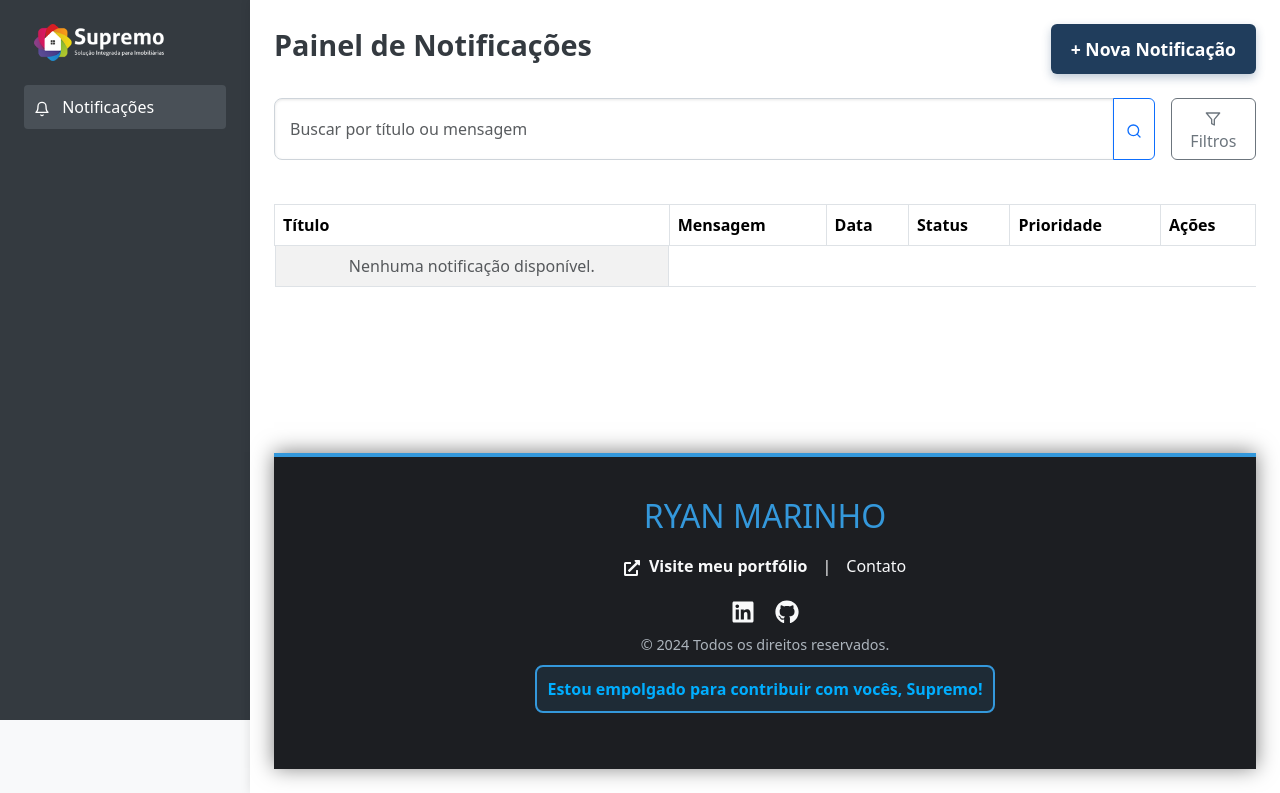
Repository: ryanmarinhodev/Supremo-teste-tecnico
Page: /notifications
These files come from the project's save history. The page is drawn as it stood at one moment and after a run of saves; the edit follows.
The browser window is 1280 px wide. The pictures show the whole page.
The project was rebuilt for these pictures with package versions that can differ from the ones it lists, and the page was loaded fresh each time. Also part of the build but not shown: src/App.css, src/Components/Login/index.jsx.

Above is the page before, as saved 2024-11-07 20:33:50.

### src/App.js
import { BrowserRouter, Routes, Route } from "react-router-dom";
import "./App.css";
import Login from "./Components/Login";
import NotificationsPage from "./Components/Notifications/homeNotification";

const App = () => {
  return (
    <BrowserRouter>
      <Routes>
        <Route path="/" element={<Login />} />
        <Route path="/notifications" element={<NotificationsPage />} />
      </Routes>
    </BrowserRouter>
  );
};

export default App;

### src/Components/Notifications/homeNotification.jsx
import React, { useState } from "react";
import Menu from "./menu";
import Buscar from "./buscar";
import TabelaNotificacoes from "./tabelaNotificacoes";
import ModalNotificacao from "./modalNotificacao";
import Footer from "./footer";
import "./notification.css";
import { Button } from "react-bootstrap";

const HomeNotification = () => {
  const [notifications, setNotifications] = useState([]);
  const [showModal, setShowModal] = useState(false);
  const [search, setSearch] = useState("");
  const [currentNotification, setCurrentNotification] = useState({
    id: null,
    title: "",
    message: "",
    date: "",
    status: "Não Lida",
    priority: "Normal",
  });

  const getCurrentDate = () => {
    const today = new Date();
    return today.toISOString().split("T")[0];
  };

  const openModal = (
    notification = {
      title: "",
      message: "",
      date: getCurrentDate(),
      status: "Não Lida",
      priority: "Normal",
    }
  ) => {
    setCurrentNotification(notification);
    setShowModal(true);
  };

  const closeModal = () => {
    setShowModal(false);
    setCurrentNotification({
      id: null,
      title: "",
      message: "",
      date: getCurrentDate(),
      status: "Não Lida",
      priority: "Normal",
    });
  };

  const handleChange = (e) => {
    const { name, value } = e.target;
    setCurrentNotification((prev) => ({ ...prev, [name]: value }));
  };

  const handleSubmit = () => {
    if (currentNotification.id) {
      setNotifications((prev) =>
        prev.map((notif) =>
          notif.id === currentNotification.id ? currentNotification : notif
        )
      );
    } else {
      setNotifications((prev) => [
        ...prev,
        { ...currentNotification, id: Date.now() },
      ]);
    }
    closeModal();
  };

  const handleDelete = (id) => {
    setNotifications((prev) => prev.filter((notif) => notif.id !== id));
  };

  const markAsRead = (id) => {
    setNotifications((prev) =>
      prev.map((notif) =>
        notif.id === id ? { ...notif, status: "Lida" } : notif
      )
    );
  };

  const filteredNotifications = notifications.filter(
    (notif) =>
      notif.title.toLowerCase().includes(search.toLowerCase()) ||
      notif.message.toLowerCase().includes(search.toLowerCase())
  );
  return (
    <>
      <div className="dashboard-container d-flex">
        <Menu />
        <div className="content flex-grow-1 p-4">
          <header className="d-flex justify-content-between align-items-center mb-4">
            <h2 className="page-title">Painel de Notificações</h2>
            <Button variant="primary" onClick={() => openModal()}>
              + Nova Notificação
            </Button>
          </header>

          <Buscar search={search} setSearch={setSearch} />

          <TabelaNotificacoes
            notifications={filteredNotifications}
            openModal={openModal}
            handleDelete={handleDelete}
            markAsRead={markAsRead}
          />

          <ModalNotificacao
            showModal={showModal}
            closeModal={closeModal}
            currentNotification={currentNotification}
            handleChange={handleChange}
            handleSubmit={handleSubmit}
          />
          <Footer />
        </div>
      </div>
    </>
  );
};

export default HomeNotification;

### src/Components/Login/styles.css
:root {
    --primary-color: #203d5c;
    --secondary-color: #adb5bd;
    --hover-color: #182533;
    --background-overlay: rgba(0, 0, 0, 0.4);
    --box-shadow: 0 4px 10px rgba(47, 84, 122, 0.3);
}

.login-container {
    background: url('https://wallpapers.com/images/hd/4k-architecture-yellow-glass-building-6d7nbmyltxlyxxv8.jpg') no-repeat center center;
    background-size: cover;
    min-height: 100vh;
    padding: 20px;
    display: flex;
    align-items: center;
    justify-content: center;
    position: relative;
}

.login-container::before {
    content: '';
    position: absolute;
    top: 0;
    left: 0;
    right: 0;
    bottom: 0;
    background: var(--background-overlay);
    z-index: 1;
}

.login-card {
    width: 100%;
    max-width: 600px;
    background-color: #ffff;
    border-radius: 12px;
    box-shadow: var(--box-shadow);
    border: 1px solid rgba(0, 0, 0, 0.05);
    transition: transform 0.3s ease, box-shadow 0.3s ease;
    position: relative;
    z-index: 2;
    padding: 40px;
    animation: fadeIn 0.6s ease;
    align-items: center;
    text-align: center;
}

.login-card:hover {
    transform: translateY(-5px);
    box-shadow: 0 15px 40px rgba(0, 0, 0, 0.3);
}


.logo {
    width: 100px;
    height: auto;
    margin-bottom: 20px;
}

.text-center {
    display: flex;
    flex-direction: column;
    align-items: center;
}

.login-title {
    font-size: 2rem;
    font-weight: 700;
    color: #000;
    margin-top: 10px;
    margin-bottom: 10px;
    font-family: 'Poppins', sans-serif;
}

.title-underline {
    width: 60px;
    height: 4px;
    background-color: #495f75;
    margin: 0 auto 20px auto;
    border-radius: 2px;
}

.subtitle {
    font-size: 1rem;
    color: #e0e0e0;
    text-align: center;
    margin-bottom: 30px;
    font-weight: 400;
}


.form-control {
    border-radius: 8px;
    padding: 15px;
    font-size: 1rem;
    border: 1px solid #ced4da;
    box-shadow: inset 0 1px 3px rgba(0, 0, 0, 0.1);
    transition: border-color 0.3s ease, box-shadow 0.3s ease;
}

.form-control:focus {
    border-color: var(--primary-color);
    box-shadow: 0 0 0 0.2rem rgba(89, 124, 161, 0.25);
}

/* Botão de login com estilo profissional */
.btn-primary {
    background-color: var(--primary-color);
    border: none;
    font-size: 1.1rem;
    font-weight: 600;
    padding: 12px 20px;
    border-radius: 6px;
    transition: background-color 0.3s ease, transform 0.2s ease;
    box-shadow: var(--box-shadow);
}

.btn-primary:hover {
    background-color: var(--hover-color);
    transform: scale(1.03);
}

/* Link "Esqueci a senha" com estilo sutil */
.text-secondary {
    color: var(--secondary-color) !important;
    font-size: 0.9rem;
}

.text-secondary:hover {
    color: #000 !important;
    text-decoration: underline;
}

/* Altera a cor de fundo e da borda do checkbox quando marcado */
.form-check-input:checked {
    background-color: var(--hover-color);
    border-color: var(--secondary-color);
}

.form-check-input:focus {
    box-shadow: none;
}

/* Efeito de transição suave ao aparecer o card */
@keyframes fadeIn {
    from {
        opacity: 0;
        transform: scale(0.9);
    }
    to {
        opacity: 1;
        transform: scale(1);
    }
}

@media (max-width: 768px) {
    .login-card {
        max-width: 90%;
        padding: 20px;
        border-radius: 8px;
    }

    .login-title {
        font-size: 1.5rem;
    }

    .subtitle {
        font-size: 0.9rem;
    }

    .logo {
        width: 80px;
    }

    .form-control {
        padding: 10px;
        font-size: 0.9rem;
    }

    .btn-primary {
        font-size: 1rem;
        padding: 10px;
    }

    .title-underline {
        width: 50px;
        height: 3px;
    }
}

### src/Components/Notifications/menu.jsx
import React from "react";
import { FiBell } from "react-icons/fi";
import Logo from "../../assets/logo-supremo-branco.png";

const Sidebar = () => (
  <aside className="sidebar p-4">
    <img src={Logo} alt="Logotipo Supremo" className="logo" />
    <ul className="nav flex-column mt-4">
      <li className="nav-item mb-2">
        <a href="/notifications" className="nav-link active">
          <FiBell className="me-2" /> Notificações
        </a>
      </li>
    </ul>
  </aside>
);

export default Sidebar;

### src/Components/Notifications/buscar.jsx
import React from "react";
import { InputGroup, FormControl, Button } from "react-bootstrap";
import { FiSearch, FiFilter } from "react-icons/fi";

const BarraBusca = ({ search, setSearch }) => (
  <div className="d-flex mb-4">
    <InputGroup className="me-2">
      <FormControl
        placeholder="Buscar por título ou mensagem"
        value={search}
        onChange={(e) => setSearch(e.target.value)}
      />
      <Button variant="outline-primary">
        <FiSearch />
      </Button>
    </InputGroup>
    <Button variant="outline-secondary" className="ms-2">
      <FiFilter /> Filtros
    </Button>
  </div>
);

export default BarraBusca;

### src/Components/Notifications/tabelaNotificacoes.jsx
import React from "react";
import { Table, Button, Badge } from "react-bootstrap";
import { FiEdit, FiTrash2, FiCheckCircle } from "react-icons/fi";

const TabelaNotificacoes = ({
  notifications,
  openModal,
  handleDelete,
  markAsRead,
}) => (
  <Table striped bordered hover responsive>
    <thead>
      <tr>
        <th>Título</th>
        <th>Mensagem</th>
        <th>Data</th>
        <th>Status</th>
        <th>Prioridade</th>
        <th>Ações</th>
      </tr>
    </thead>
    <tbody>
      {notifications.length > 0 ? (
        notifications.map((notification) => (
          <tr key={notification.id}>
            <td>{notification.title}</td>
            <td>{notification.message}</td>
            <td>{notification.date}</td>
            <td>
              <Badge
                bg={notification.status === "Não Lida" ? "warning" : "success"}
              >
                {notification.status}
              </Badge>
            </td>
            <td>
              <Badge bg={notification.priority === "Alta" ? "danger" : "info"}>
                {notification.priority}
              </Badge>
            </td>
            <td>
              <Button
                variant="outline-secondary"
                size="sm"
                className="me-2"
                onClick={() => openModal(notification)}
              >
                <FiEdit /> Editar
              </Button>
              <Button
                variant="outline-danger"
                size="sm"
                onClick={() => handleDelete(notification.id)}
              >
                <FiTrash2 /> Excluir
              </Button>
              {notification.status === "Não Lida" && (
                <Button
                  variant="outline-success"
                  size="sm"
                  className="ms-2"
                  onClick={() => markAsRead(notification.id)}
                >
                  <FiCheckCircle /> Marcar como Lida
                </Button>
              )}
            </td>
          </tr>
        ))
      ) : (
        <tr>
          <td colSpan="6" className="text-center text-muted">
            Nenhuma notificação disponível.
          </td>
        </tr>
      )}
    </tbody>
  </Table>
);

export default TabelaNotificacoes;

### src/Components/Notifications/modalNotificacao.jsx
import React from "react";
import { Modal, Button, Form } from "react-bootstrap";

const ModalNotificacao = ({
  showModal,
  closeModal,
  currentNotification,
  handleChange,
  handleSubmit,
}) => {
  return (
    <Modal show={showModal} onHide={closeModal}>
      <Modal.Header closeButton>
        <Modal.Title>
          {currentNotification.id
            ? "Editar Notificação"
            : "Cadastrar Notificação"}
        </Modal.Title>
      </Modal.Header>
      <Modal.Body>
        <Form>
          <Form.Group className="mb-3">
            <Form.Label>Título</Form.Label>
            <Form.Control
              type="text"
              placeholder="Título da Notificação"
              name="title"
              value={currentNotification.title}
              onChange={handleChange}
            />
          </Form.Group>
          <Form.Group className="mb-3">
            <Form.Label>Mensagem</Form.Label>
            <Form.Control
              as="textarea"
              rows={3}
              placeholder="Mensagem da Notificação"
              name="message"
              value={currentNotification.message}
              onChange={handleChange}
            />
          </Form.Group>
          <Form.Group className="mb-3">
            <Form.Label>Data de Envio</Form.Label>
            <Form.Control
              type="date"
              name="date"
              value={currentNotification.date}
              onChange={handleChange}
            />
          </Form.Group>
          <Form.Group className="mb-3">
            <Form.Label>Prioridade</Form.Label>
            <Form.Select
              name="priority"
              value={currentNotification.priority}
              onChange={handleChange}
            >
              <option value="Normal">Normal</option>
              <option value="Alta">Alta</option>
            </Form.Select>
          </Form.Group>
        </Form>
      </Modal.Body>
      <Modal.Footer>
        <Button variant="secondary" onClick={closeModal}>
          Cancelar
        </Button>
        <Button variant="primary" onClick={handleSubmit}>
          {currentNotification.id ? "Salvar Alterações" : "Cadastrar"}
        </Button>
      </Modal.Footer>
    </Modal>
  );
};

export default ModalNotificacao;

### src/Components/Notifications/footer.jsx
import React from "react";
import "./notification.css";
import { FaLinkedin, FaGithub, FaExternalLinkAlt } from "react-icons/fa";

const Footer = () => {
  const portfolioLink = "https://portfolio-ryann.netlify.app/";

  return (
    <footer className="footer">
      <div className="footer-content">
        <div className="footer-logo">
          <h2>Ryan Marinho</h2>
        </div>
        <nav className="footer-nav">
          <a href={portfolioLink} target="_blank" rel="noopener noreferrer">
            <FaExternalLinkAlt className="portfolio-icon" />{" "}
            {/* Ícone do link externo */}
            <span className="portfolio-text">Visite meu portfólio</span>
          </a>
          <span>|</span>
          <a href="/contato">Contato</a>
        </nav>
        <div className="footer-social">
          <a
            href="https://www.linkedin.com/in/ryan-marinho-861120211/"
            target="_blank"
            rel="noopener noreferrer"
          >
            <FaLinkedin size={24} />
          </a>
          <a
            href="https://github.com/ryanmarinhodev"
            target="_blank"
            rel="noopener noreferrer"
          >
            <FaGithub size={24} />
          </a>
        </div>
        <p className="footer-copy">
          &copy; {new Date().getFullYear()} Todos os direitos reservados.
        </p>
        <p className="footer-note">
          Estou empolgado para contribuir com vocês, Supremo!
        </p>
      </div>
    </footer>
  );
};

export default Footer;

### src/Components/Notifications/notification.css
.dashboard-container {
  display: flex;
  min-height: 100vh;
  background-color: #f8f9fa;
}

.sidebar {
  width: 250px;
  background-color: #343a40;
  color: #fff;
  height: 100vh;
}

.logo {
  width: 130px;
  display: flex;
  margin-left: 10px;
}

.sidebar h4 {
  font-size: 1.4rem;
  font-weight: bold;
  color: #fff;
}

.sidebar .nav-link {
  color: #ced4da;
  padding: 10px;
  font-weight: 500;
}

.sidebar .nav-link:hover,
.sidebar .nav-link.active {
  background-color: #495057;
  color: #fff;
  border-radius: 4px;
}

.content {
  flex-grow: 1;
  padding: 20px 40px;
  background-color: #ffffff;
  box-shadow: 0px 0px 10px rgba(0, 0, 0, 0.1);
}

.page-title {
  font-size: 1.8rem;
  font-weight: bold;
  color: #343a40;
}

.table {
  margin-top: 20px;
}

button {
  transition: background-color 0.3s ease, box-shadow 0.2s ease;
}

button:hover {
  box-shadow: 0px 4px 8px rgba(0, 0, 0, 0.15);
}

.footer {
  background-color: #1c1e22;
  color: #f8f9fa;
  text-align: center;
  padding: 40px 20px;
  position: relative;
  bottom: 0;
  width: 100%;
  box-shadow: 0 -1px 20px rgba(0, 0, 0, 0.5);
  border-top: 4px solid #3498db;
  margin-top: 150px;

}

.footer-content {
  max-width: 1200px;
  margin: auto;
  display: flex;
  flex-direction: column;
  align-items: center;
}

.footer-logo {
  font-size: 2em;
  font-weight: bold;
  margin-bottom: 10px;
  color: #3498db;
  text-transform: uppercase;
}

.footer-nav {
  margin-bottom: 10px;
}

.footer-nav a {
  color: #f8f9fa;
  text-decoration: none;
  margin: 0 15px;
  transition: color 0.3s, transform 0.3s;
}

.footer-nav a:hover {
  color: #3498db;
  transform: scale(1.1);
}

.portfolio-icon {
  margin-right: 5px;
  vertical-align: middle;
}

.portfolio-text {
  font-weight: bold;
}

.footer-social {
  margin: 10px 0;
}

.footer-social a {
  color: #f8f9fa;
  margin: 0 10px;
  transition: color 0.3s;
}

.footer-social a:hover {
  color: #3498db;
}

.footer-copy {
  font-size: 0.9em;
  margin: 0;
  color: #adb5bd;
}

.footer-note {
  font-size: 1em;
  color: #00aeff;
  margin-top: 10px;
  font-weight: bold;
  padding: 10px;
  border: 2px solid #3498db;
  border-radius: 8px;
  background-color: rgba(52, 152, 219, 0.1);
  transition: transform 0.3s;
}

.footer-note:hover {
  transform: scale(1.05);
}

Loaded but not shown: public/index.html (common file); src/index.js (common file); src/index.css (common file); src/reportWebVitals.js (common file)

After the next 2 saves:
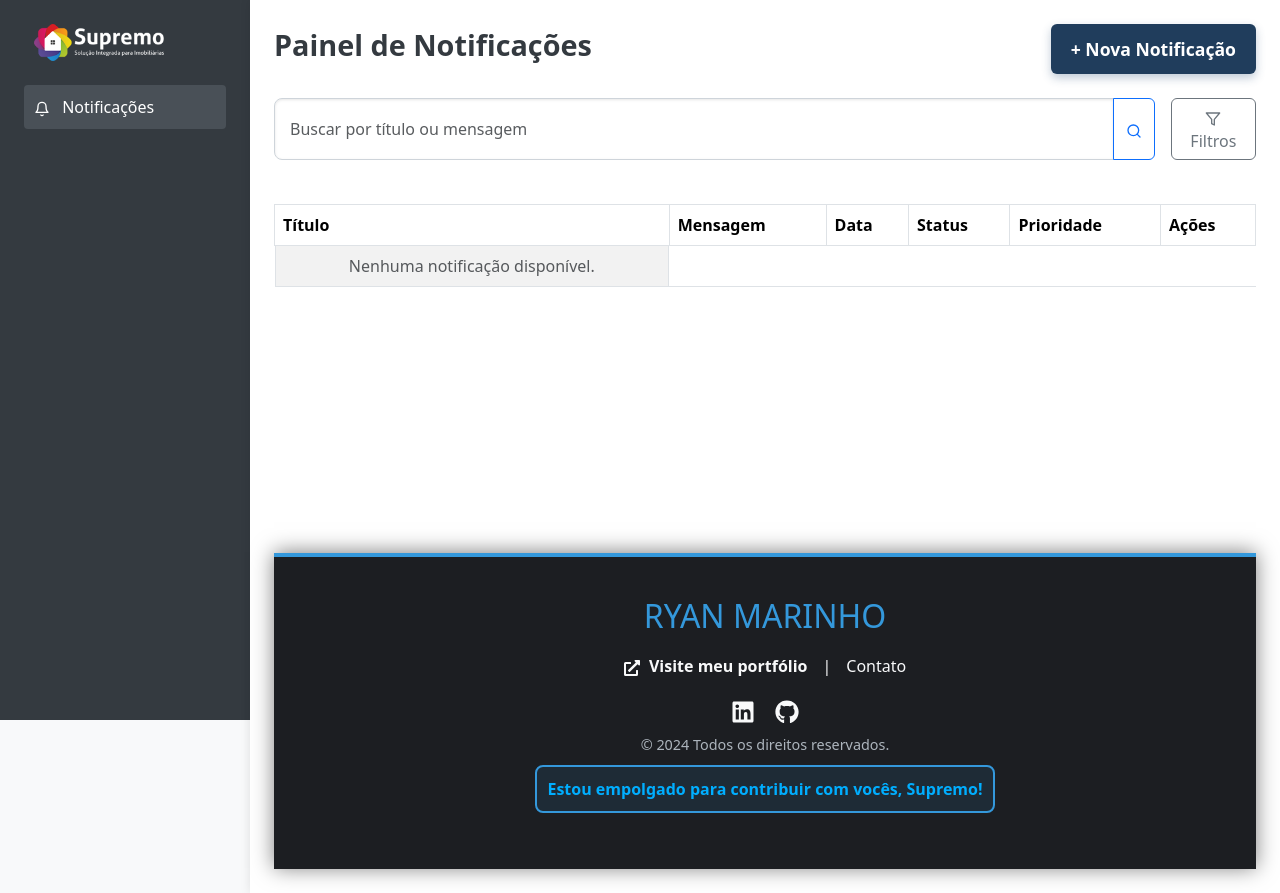
The 2 saves are shown as one change because they came seconds apart.
The last was saved 6 s later.
--- a/src/Components/Notifications/notification.css
+++ b/src/Components/Notifications/notification.css
@@ -71,7 +71,7 @@ button:hover {
   width: 100%;
   box-shadow: 0 -1px 20px rgba(0, 0, 0, 0.5);
   border-top: 4px solid #3498db;
-  margin-top: 150px;
+  margin-top: 250px;
 
 }
 
